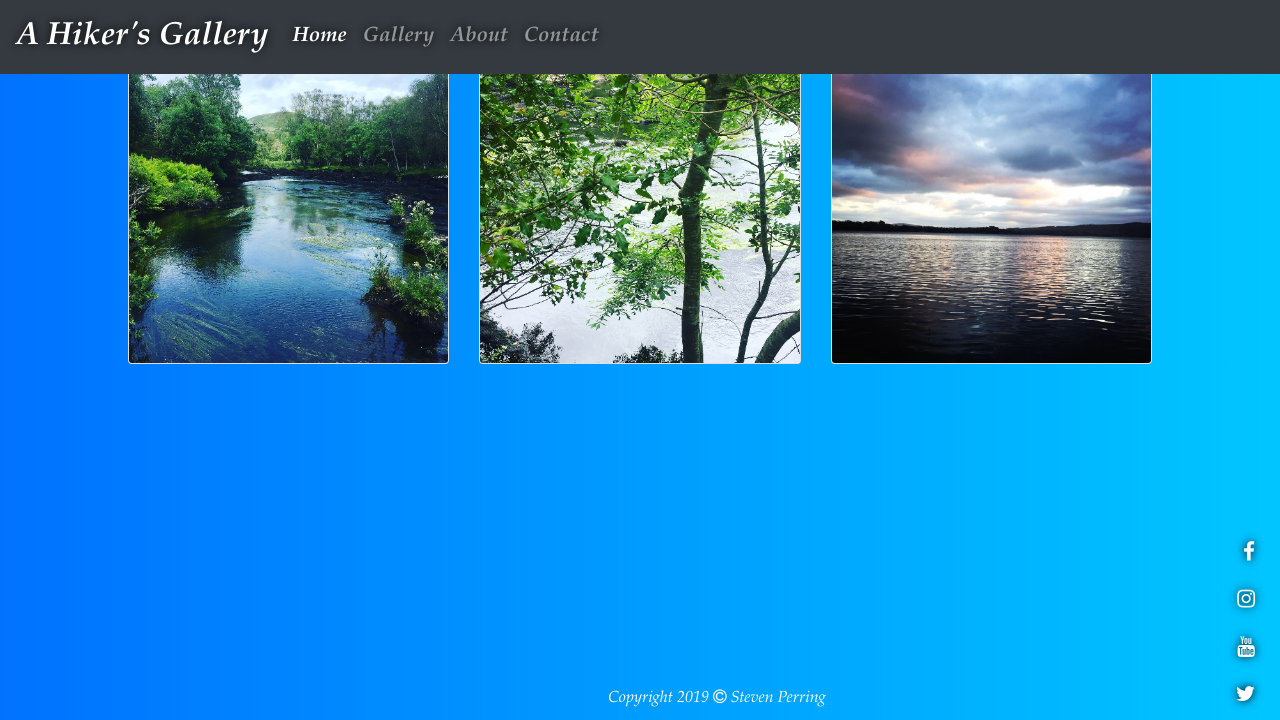
Repository: S-Perring/hiker
Page: gallery.html
The author's editor kept a record of every edit. The page is drawn from the files as they stood at one moment, then again after the next edit.
The browser window is 1280 px wide. The pictures show the whole page.
Some web fonts or font styles are not loaded; a fallback is used.

Above is the page before.

### gallery.html
<!DOCTYPE html>
<html lang="en">
<head>
    <meta charset="UTF-8">
    <meta name="viewport" content="width=device-width, initial-scale=1.0">
    <meta http-equiv="X-UA-Compatible" content="ie=edge">
    <link rel="stylesheet" href="https://stackpath.bootstrapcdn.com/bootstrap/4.3.1/css/bootstrap.min.css" type="text/css" />
    <link rel="stylesheet" href="https://stackpath.bootstrapcdn.com/font-awesome/4.7.0/css/font-awesome.min.css" type="text/css" />
    <link rel="stylesheet" href="https://cdnjs.cloudflare.com/ajax/libs/font-awesome/4.7.0/css/font-awesome.min.css">
    <link rel="stylesheet" href="css/style.css" type="text/css" />
    <title>Hiker's Gallery</title>
</head>

<body>

<header>
  <nav class="navbar fixed-top navbar-expand-sm navbar-dark bg-dark scrolling-navbar">
    <a class="navbar-brand" href="#"><strong>A Hiker's Gallery</strong></a>
    <button class="navbar-toggler" type="button" data-toggle="collapse" data-target="#navbarSupportedContent"
      aria-controls="navbarSupportedContent" aria-expanded="false" aria-label="Toggle navigation">
      <span class="navbar-toggler-icon"></span>
    </button>
    <div class="collapse navbar-collapse" id="navbarSupportedContent">
      <ul class="navbar-nav">
        <li class="nav-item active">
          <a class="nav-link" href="index.html">Home <span class="sr-only">(current)</span></a>
        </li>
        <li class="nav-item">
          <a class="nav-link" href="gallery.html">Gallery</a>
        </li>
        <li class="nav-item">
          <a class="nav-link" href="about.html">About</a>
        </li>
        <li class="nav-item">
          <a class="nav-link" href="contact.html">Contact</a>
        </li>
      </ul>
    </div>
  </nav>

</header>


            <div class="container-gallery">

                <div class="card-deck">

                    <div class="card">
                        <img src="css/images/1.JPG" class="card-img-top"
                            alt="Lighthouse on top of a cliff at sunset">
                        </div>

                    <div class="card">
                        <img src="css/images/2.JPG" class="card-img-top"
                            alt="Cliffs by the sea at sunset with a bright moon">
                        </div>


                    <div class="card">
                        <img src="css/images/IMG_5590 (1).JPG" class="card-img-top"
                            alt="A tree with no leaves at the side of a lake">
                        </div>

         </div>

<footer class="fixed-bottom">
   <div class="container">
     <ul class="navbar-nav nav-flex-icons">
        <li class="nav-item" id="highlight">
          <a class="nav-link"><i class="fa fa-facebook"></i></a>
        </li>
        <li class="nav-item" id="highlight">
          <a class="nav-link"><i class="fa fa-instagram"></i></a>
        </li>
                <li class="nav-item" id="highlight">
          <a class="nav-link"><i class="fa fa-youtube"></i></a>
        </li>
                </li>
                <li class="nav-item" id="highlight">
          <a class="nav-link"><i class="fa fa-twitter"></i></a>
        </li>
      </ul>
   </div>
      <div class="copyright">Copyright 2019 <i class="fa fa-copyright"></i> Steven Perring</div>
</footer>

    <script src="https://code.jquery.com/jquery-3.3.1.slim.min.js"></script>
    <script src="https://cdnjs.cloudflare.com/ajax/libs/popper.js/1.14.7/umd/popper.min.js"></script>
    <script src="https://stackpath.bootstrapcdn.com/bootstrap/4.3.1/js/bootstrap.min.js"></script>

</body>

</html>

### css/style.css
@import url('https://fonts.googleapis.com/css?family=Garamond:100,200,300,400,500,600,700');


.nav-link {
    font-family: Garamond;
    font-style: italic;
    font-size: 1.3em;
    font-weight: bold;
    text-decoration: none;
}


.main-pic {
    background-image: url(../css/images/main.JPG);
    background-size: cover;
    max-width: 100%;
    height: 100vh;
    padding: 0;
    display: flex;
    align-items: center;
    justify-content: center;
    background-repeat: no-repeat;

}


.navbar-brand {
    font-family: Garamond;
    font-size: 2em;
    font-style: italic;
}

.explore {
    Background-color: rgba(195, 195, 195, 0.4);
    padding: 20%;
    border-radius: 50%;
    font-family: Garamond;
    text-align: center;
    font-style: italic;
    font-size: 2.5em;
    font-weight: bolder;
    color: #4B0082;

}


a {
    text-shadow: 0 0 10px black;
}

footer {
    padding-left: 10px;
    font-family: Garamond;
    font-style: italic;
    color: #fff;
    font-size: 1em;
}

a:hover {
  text-decoration: none;
  color: #fff;
  transition: 1.5s;

}


.icons {
    text-align: center;
}


.copyright {
    display: inline-block;
    margin-bottom: 10px;
    text-align: left;
    width: 60%;
    position: absolute;
    bottom: 0px;

}

#highlight:hover {
  text-decoration: none;
  color: #4B0082;
  cursor: pointer;
}

.container {
    float: right;
    margin: 0;
    width:5%;
    text-align: right;
    margin-right: 10px;

}






.about {
    Background-color: rgba(208, 208, 208, 0.65);
    padding: 10px;
    margin: 15%;
    border-radius: 10%;
    text-align: center;
    color: #4B0082;
    font-family: Garamond;
    font-style: italic;

}




/*------------------- contact form-------------------------*/


body{
    background: -webkit-linear-gradient(left, #0072ff, #00c6ff);

}
.contact-form{
    Background-color: rgba(208, 208, 208, 0.25);
    font-family: Garamond;
    font-style: italic;
    color: #4B0082;
    margin-top: 10%;
    border-radius: 10%;
    margin-bottom: 5%;
    width: 70%;
}
.contact-form .form-control{
    border-radius:1rem;
}

.contact-form form{
    padding: 14%;

}
.contact-form form .row{
    margin-bottom: -7%;

}
.contact-form h3{
    margin-bottom: 8%;
    margin-top: -10%;
    text-align: center;

}
.contact-form .btnContact {
    margin-right: 25%;
    font-family: Garamond;
    font-style: italic;
    border: none;
    border-radius: 1rem;
    padding: 3%;
    background: #4B0082;
    font-weight: 600;
    color: #fff;
    cursor: pointer;
}


.btnContactSubmit{

    color: #fff;
    background-color: #0062cc;
    border: none;
    cursor: pointer;
}

/*------------------- gallery-------------------------*/

.container-gallery {
    margin-top: 5%;
    margin-left: 10%;
    margin-right: 10%;
    font-family: Garamond;
    font-style: italic;
    text-align: center;
    color: #4B0082;
    padding: inherit;


}

.card {
    position: relative;
    float: left;
    width:  300px;
    height: 300px;
    overflow: hidden;



}

After the next edit:
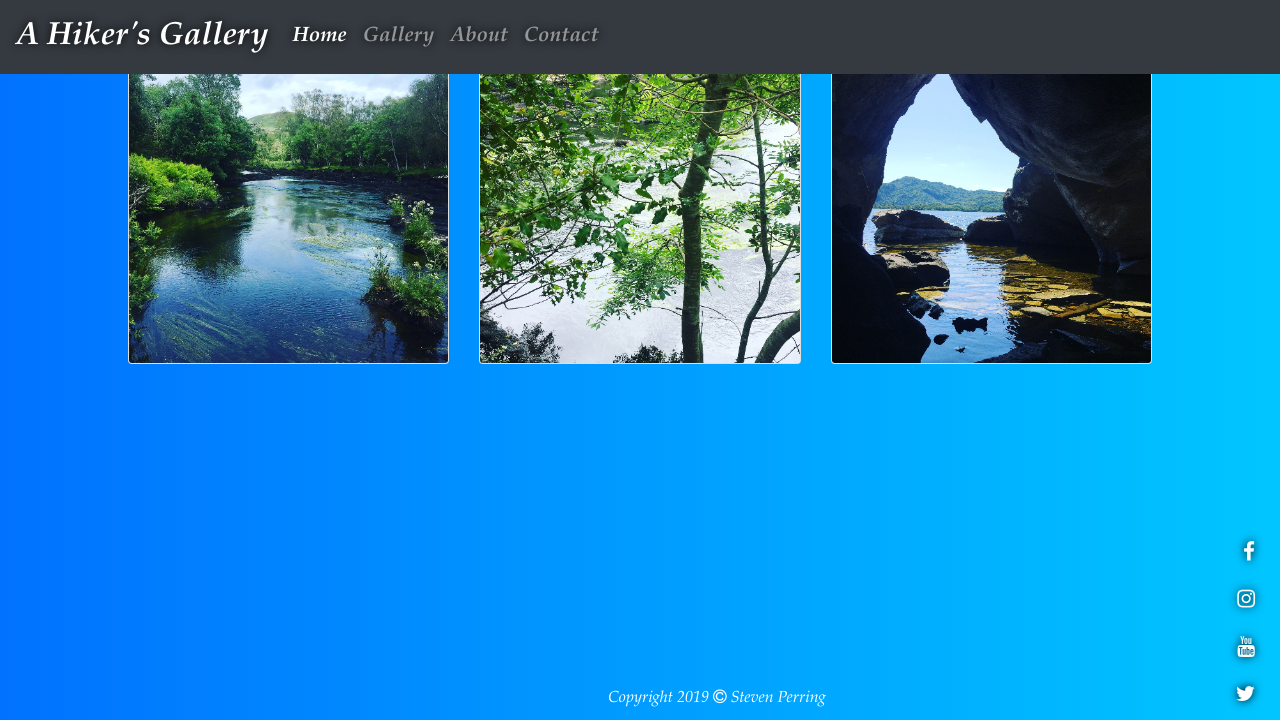
The edit:
--- a/gallery.html
+++ b/gallery.html
@@ -57,7 +57,7 @@
 
 
                     <div class="card">
-                        <img src="css/images/IMG_5590 (1).JPG" class="card-img-top"
+                        <img src="css/images/3.JPG" class="card-img-top"
                             alt="A tree with no leaves at the side of a lake">
                         </div>
 
